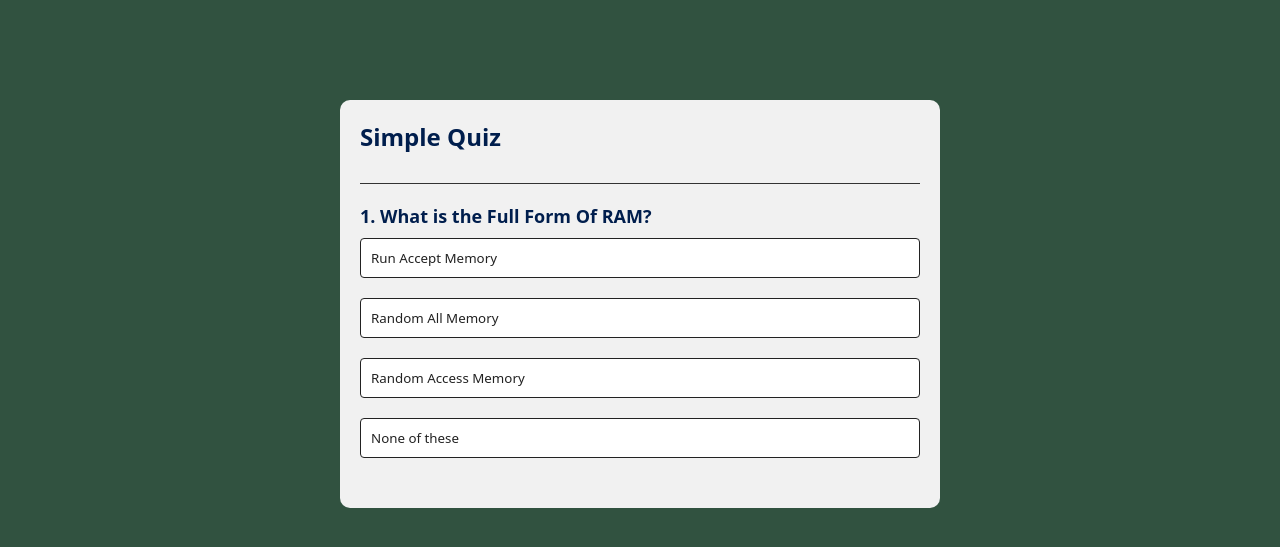
Repository: VickyJacob23/Quiz-App
Page: index.html
These files come from the project's save history. The page is drawn as it stood at one moment and after the next save; the edit follows.
The browser window is 1280 px wide. The pictures show the whole page.

Above is the page before, as saved 2024-08-05 18:02:30.

### index.html
<!DOCTYPE html>
<html lang="en">
<head>
    <meta charset="UTF-8">
    <meta name="viewport" content="width=device-width, initial-scale=1.0">
    <title>Quiz App</title>
    <link rel="stylesheet" href="styles.css">
</head>
<body>
    <div class="app">
        <h1>Simple Quiz</h1>
        <div class="quiz">
            <h2 id="question">Questions goes here</h2>
            <div id="answer-buttons">
                <button class="btn">Answer 1</button>
                <button class="btn">Answer 2</button>
                <button class="btn">Answer 3</button>
                <button class="btn">Answer 4</button>
            </div>
            <button id="next-btn">Next</button>
        </div>
    </div>

    <script src="script.js"></script>
</body>
</html>

### styles.css
*{
    margin: 0;
    padding: 0;
    box-sizing: border-box;
    font-family: system-ui, -apple-system, BlinkMacSystemFont, 'Segoe UI', Roboto, Oxygen, Ubuntu, Cantarell, 'Open Sans', 'Helvetica Neue', sans-serif;
}

body{
    background-color: #315240;

}
.app{
    width:90%;
    max-width: 600px;
    background-color:#f1f1f1;
    padding: 20px;
    border-radius: 10px;
    margin: 100px auto 0;
}
.app h1{
    font-size: 24px;
    font-weight: 600;
    color: #001e4d;
    border-bottom: 1px solid #333;
    padding-bottom: 30px;
}
.quiz{
    padding: 20px 0;
}
.quiz h2{
    font-size: 18px;
    font-weight: 600;
    color: #001e4d;
}
.btn{
    background-color:#fff;
    color:#222;
    font-weight: 500;
    width: 100%;
    border: 1px solid #222;
    padding: 10px;
    margin: 10px 0;
    text-align: left;
    cursor: pointer;
    border-radius:4px;
    transition: all 0.3s;
}
.btn:hover:not([disabled]) {
    background-color:#222;
    color:#fff;
}
.btn:disabled{
    cursor: not-allowed;
}

#next-btn{
    background-color:#001e4d;
    color:#fff;
    cursor: pointer;
    width: 20%;
    font-weight: 500;
    padding: .55em;
    margin: 1.2em auto 0;
    border-radius:4px;
    border:0;
    display: none;
}
.correct{
    background-color:#9aeabc;
}
.wrong{
    background-color:#ff9393;
}

### script.js
// 'use strict';

//the questions section
let questions = [
    {
        question: "What is the Full Form Of RAM?",
        answers: [
            { options: "Run Accept Memory", correct: false },
            { options: "Random All Memory", correct: false },
            { options: "Random Access Memory", correct: true },
            { options: "None of these", correct: false }
        ]
    },

    {
        question: "What is the Full-Form of CPU?",
        answers: [
            { options: "Central Program Unit", correct: false },
            { options: "Central Processing Unit", correct: true },
            { options: "Central Preload Unit", correct: false },
            { options: "None of these", correct: false }
        ]
    },

    {
        question: "How many bits is a byte?",
        answers: [
            { options: "32", correct: false },
            { options: "16", correct: false },
            { options: "8", correct: true },
            { options: "64", correct: false }
        ]
    },

    {
        question: "What is FMD?",
        answers: [
            { options: "Fluorescent Multi-Layer Disc", correct: true },
            { options: "Flash Media Driver", correct: false },
            { options: "Fast-Ethernet Measuring Device", correct: false },
            { options: "None of these", correct: false }
        ]
    },

    {
        question: "Main circuit board in a computer is:",
        answers: [
            { options: "Hard-disk", correct: false },
            { options: "Mother board", correct: true },
            { options: "Microprocessor", correct: false },
            { options: "None of these", correct: false }
        ]
    },

    {
    question: "What is the name of Front-end Instructor at KodeCamp Cohort 4.0?:",
        answers: [
            { options: "Akpan Victoria", correct: false },
            { options: "Mr. Oluwaseun", correct: false },
            { options: "Paul Steven", correct: false },
            { options: "Akinuliola Akinbobola Oluwafemi", correct:true }
        ]
    }
];

//invoking the id from the html element
const questionEl = document.getElementById("question");
const answerButtonsEl = document.getElementById("answer-buttons");
const nextButtonEl = document.getElementById("next-btn");


//setting the score and the question to zero by default
let currentQuestionIndex = 0;
let score = 0;


//create a function that will be called startQuiz
function startQuiz() {
    currentQuestionIndex = 0;
    score = 0;
    nextButtonEl.innerHTML = "Next";
    showQuestion();

}

//function that will be called to displays the questions
function showQuestion() {
    resetState();
    let currentQuestion = questions[currentQuestionIndex];
    let questionNo = currentQuestionIndex + 1;
    questionEl.innerHTML = questionNo + ". " + currentQuestion.question;


    currentQuestion.answers.forEach(answer => {
        const button = document.createElement("button");
        button.innerHTML = answer.options;
        button.classList.add("btn");
        answerButtonsEl.appendChild(button);

        if (answer.correct) {
            button.dataset.correct = answer.correct;
        }
        button.addEventListener("click", selectAnswer);
        ;
        });
    };

// startQuiz();

//function to hid the previous state
function resetState() {
    nextButtonEl.style.display = "none";
    while (answerButtonsEl.firstChild) {
        answerButtonsEl.removeChild(answerButtonsEl.firstChild);
    };
}

function selectAnswer(e) {
    const selectedBtn = e.target;
    const isCorrect = selectedBtn.dataset.correct === "true";
    if (isCorrect) {
        selectedBtn.classList.add("correct");
        score++;
    }
    else {
        selectedBtn.classList.add("wrong");
    }
  //an array for all the correct answers from the questions and check if the answer is correct or not then disable the button
    Array.from(answerButtonsEl.children).forEach(button => {
        if (button.dataset.correct === "true") {
            button.classList.add("correct");
        }
        button.disabled = true;
    });
    nextButtonEl.style.display = "block";
}


//create a function that will be called nextQuestion
nextButtonEl.addEventListener("click", nextQuestion);
function nextQuestion() {
    currentQuestionIndex++;
    if (currentQuestionIndex < questions.length) {
        showQuestion();
    }
    else {
        showScore();
    }
}
//create a function that will be called showScore
nextButtonEl.addEventListener("click", nextQuestion);
function showScore() {
    resetState();
    questionEl.innerHTML = `You scored ${score} out of ${questions.length}`;
    nextButtonEl.innerHTML = "Play Again";
    nextButtonEl.style.display = "block";
}

startQuiz();

After the next save:
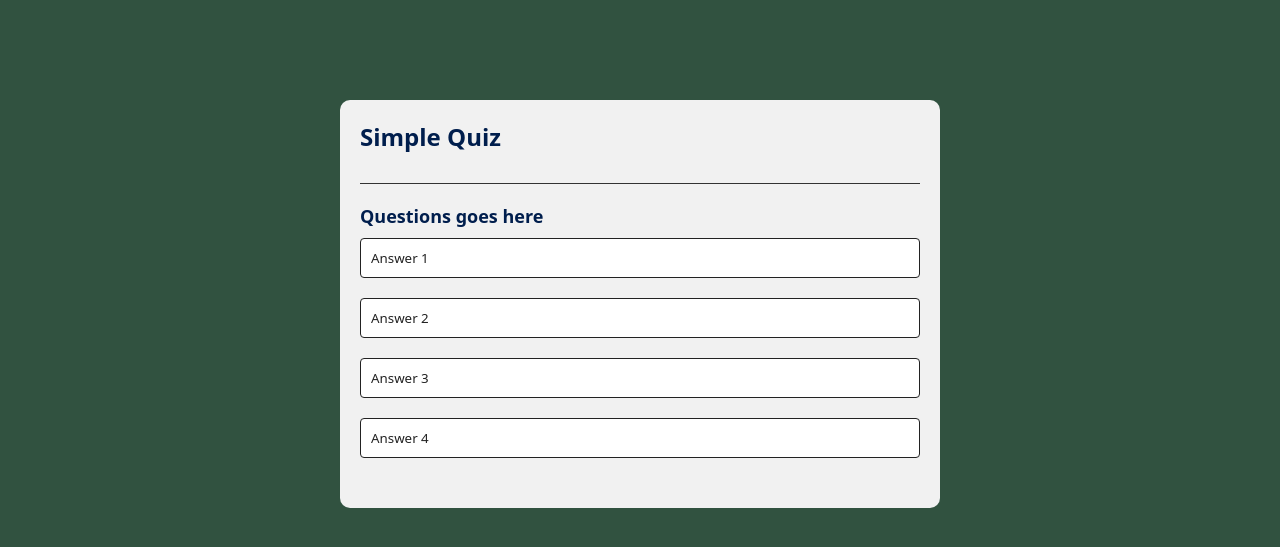
Console error: ReferenceError: playAgain is not defined
Saved 68 s later.
--- a/script.js
+++ b/script.js
@@ -148,7 +148,7 @@
     }
 }
 //create a function that will be called showScore
-nextButtonEl.addEventListener("click", nextQuestion);
+nextButtonEl.addEventListener("click", playAgain);
 function showScore() {
     resetState();
     questionEl.innerHTML = `You scored ${score} out of ${questions.length}`;

After the save that followed:
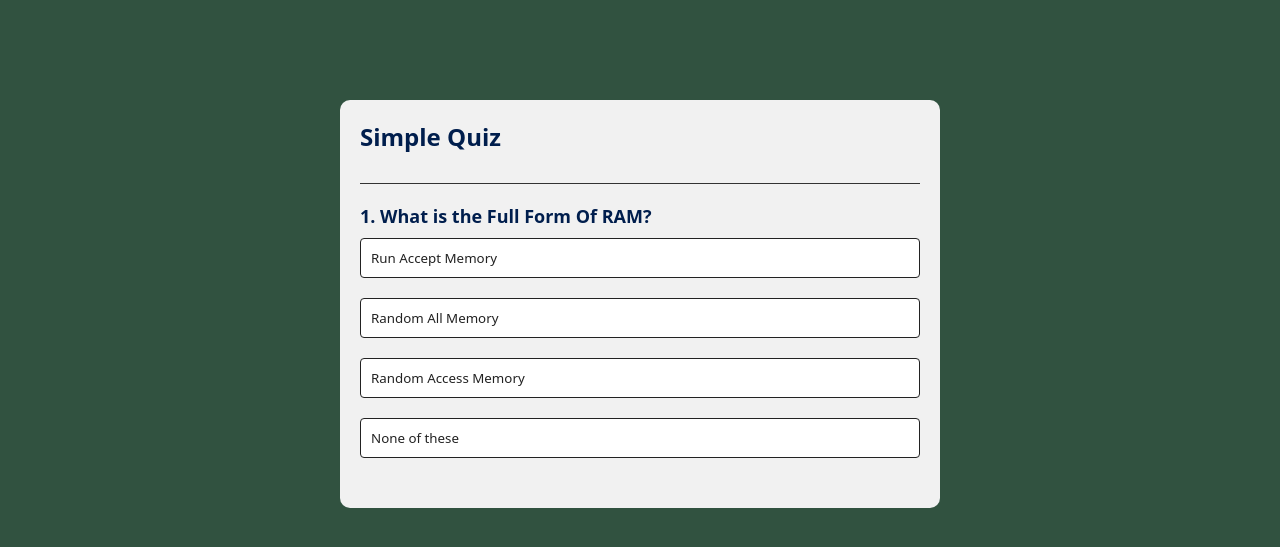
The error is gone.
Saved 21 s later.
--- a/script.js
+++ b/script.js
@@ -148,7 +148,6 @@
     }
 }
 //create a function that will be called showScore
-nextButtonEl.addEventListener("click", playAgain);
 function showScore() {
     resetState();
     questionEl.innerHTML = `You scored ${score} out of ${questions.length}`;
